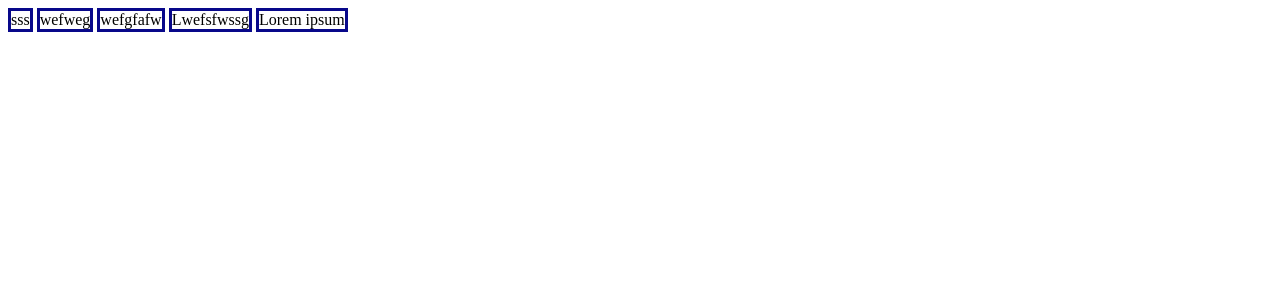
Repository: soso1525/bitcamp
Page: workspace/java-web/src/main/webapp/ch2/2-51.html
An editor plug-in stored every save of this project. The page is shown before and after the next save, followed by the edit.
The browser window is 1280 px wide. The pictures show the whole page.

Above is the page before, as saved 2017-12-12 08:03:12.

After the next save:
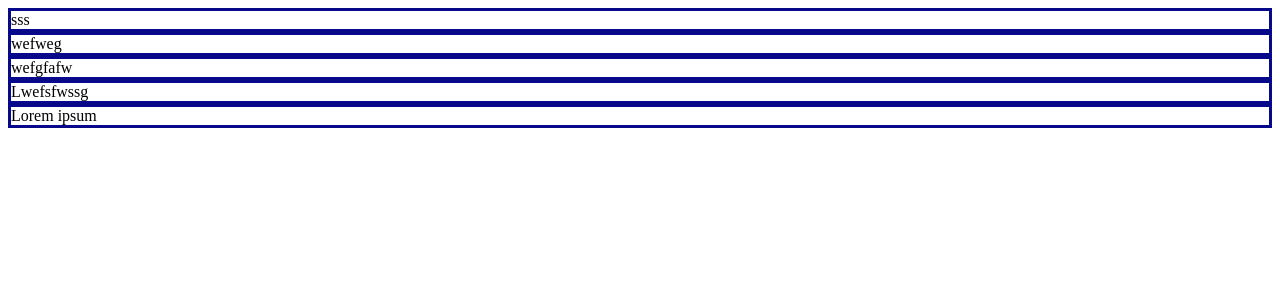
Saved 56 s later.
--- a/workspace/java-web/src/main/webapp/ch2/2-51.html
+++ b/workspace/java-web/src/main/webapp/ch2/2-51.html
@@ -4,7 +4,7 @@
     <title>HTML5 Basic</title>
     <style>
         span {
-            display: inline-block;
+            display: block;
             border: 3px solid #08088A;
             /* width: 80px;
             height: 80px;
